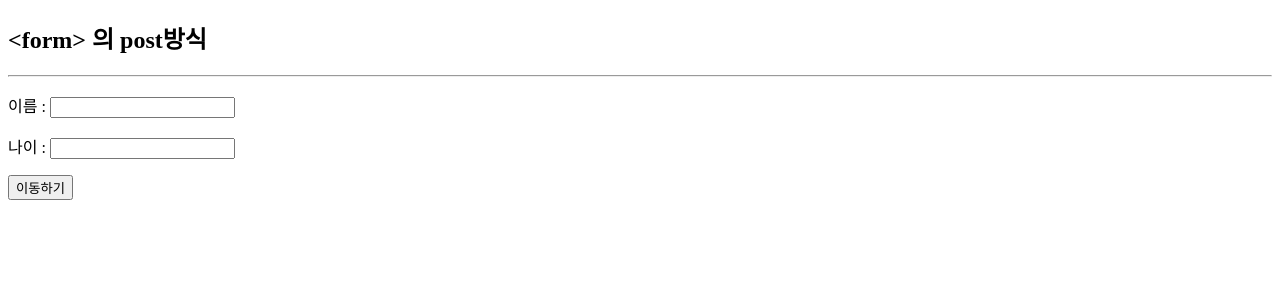
Repository: hyunh84/jsp_study
Page: http://localhost/Day02/j06_form02.jsp
An editor plug-in stored every save of this project. The page is shown before and after the next save, followed by the edit.
The browser window is 1280 px wide. The pictures show the whole page.
The page is served by Tomcat 9. Other server files are loaded and not shown.

Above is the page before, as saved 2015-09-06 03:04:48.

### MyWorks/Day02/WebContent/j06_form02.jsp
<%@ page language="java" contentType="text/html; charset=utf-8"
    pageEncoding="utf-8"%>
<!DOCTYPE html>
<html>
<head>
<meta charset="utf-8">
<title>Insert title here</title>
</head>
<body>



	<h2>&lt;form&gt; 의 post방식</h2>
	<hr>

	<%--
		form : 2가지 방법 (Get / Post)으로 정보를 전송할 수 있음

			1. Get방식
				- form의 method 설정에 대한 기본값 방식
				- 주소표시줄에 파라미터 정보가 표현됨
				- action에 이동하려는 페이지를 명시함
				- submit을 이용하면 action에 지정된 경로로 이동함

	 --%>

	 <form action="/Day02/j06_form02.jsp" method="post">
		<p>
			이름 : <input type="text" name="name" />
		</p>
		<p>
			나이 : <input type="text" name="age" />
		</p>
		<input type="submit" value="이동하기" />

	 </form>



</body>
</html>

After the next save:
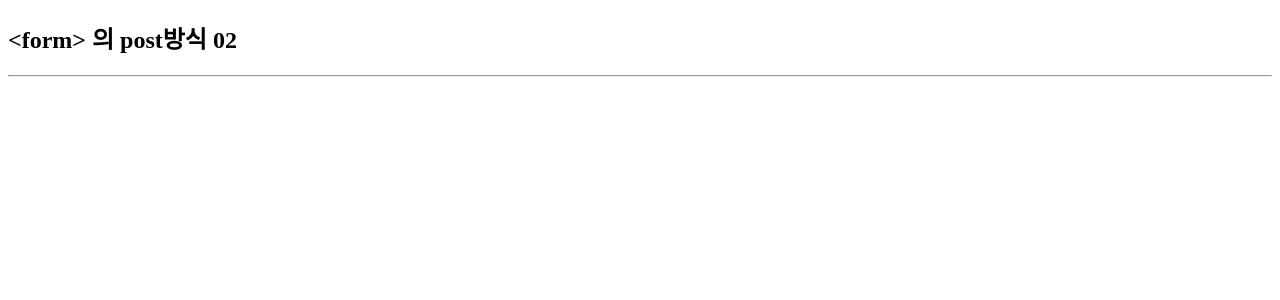
Saved 22 s later.
--- a/MyWorks/Day02/WebContent/j06_form02.jsp
+++ b/MyWorks/Day02/WebContent/j06_form02.jsp
@@ -10,30 +10,13 @@
 
 
 
-	<h2>&lt;form&gt; 의 post방식</h2>
+	<h2>&lt;form&gt; 의 post방식 02</h2>
 	<hr>
 
 	<%--
-		form : 2가지 방법 (Get / Post)으로 정보를 전송할 수 있음
 
-			1. Get방식
-				- form의 method 설정에 대한 기본값 방식
-				- 주소표시줄에 파라미터 정보가 표현됨
-				- action에 이동하려는 페이지를 명시함
-				- submit을 이용하면 action에 지정된 경로로 이동함
 
 	 --%>
-
-	 <form action="/Day02/j06_form02.jsp" method="post">
-		<p>
-			이름 : <input type="text" name="name" />
-		</p>
-		<p>
-			나이 : <input type="text" name="age" />
-		</p>
-		<input type="submit" value="이동하기" />
-
-	 </form>
 
 
 
